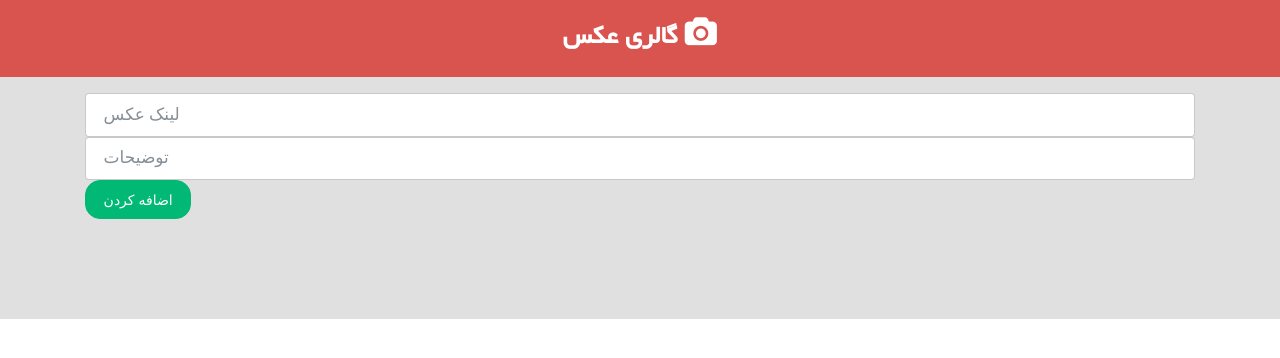
Repository: sadegh1379/PhotoWall-app
Page: /addphoto
These files come from the project's save history. The page is drawn as it stood at one moment and after a run of saves; the edit follows.
The browser window is 1280 px wide. The pictures show the whole page.
The project was rebuilt for these pictures with package versions that can differ from the ones it lists, and the page was loaded fresh each time. Also part of the build but not shown: src/Component/Photo.js, src/Component/PhotoWall.js.

Above is the page before, as saved 2020-02-22 13:18:15.

After the next 2 saves:
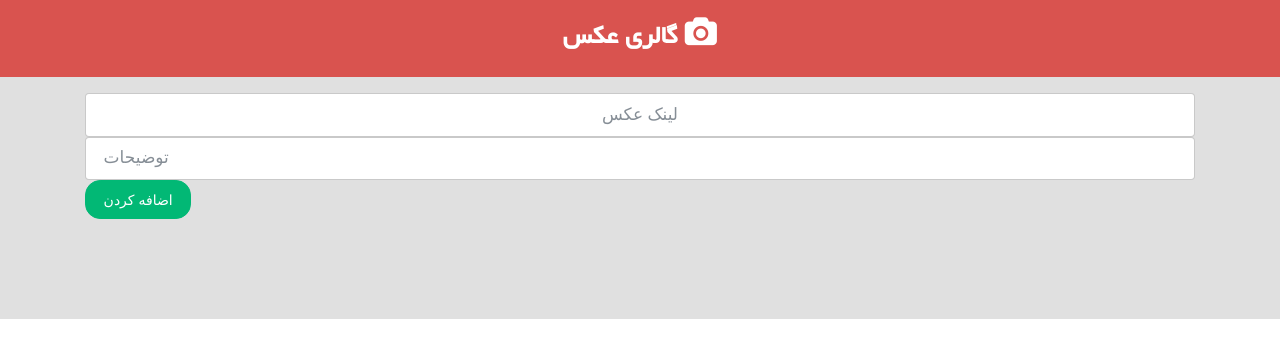
The 2 saves are shown as one change because they came seconds apart.
The last was saved 18 s later.
--- a/src/Component/AddPhoto.js
+++ b/src/Component/AddPhoto.js
@@ -5,7 +5,7 @@ export class AddPhoto extends Component {
         return (
             <div>
                 <form className="container">
-                    <input type="text" placeholder="لینک عکس" className="form-control"/>
+                    <input type="text" placeholder="لینک عکس" className="form-control text-center"/>
                     <input type="text" placeholder="توضیحات" className="form-control" />
                     <button type="submit" className="btn btn-success ">اضافه کردن</button>
                 </form>
